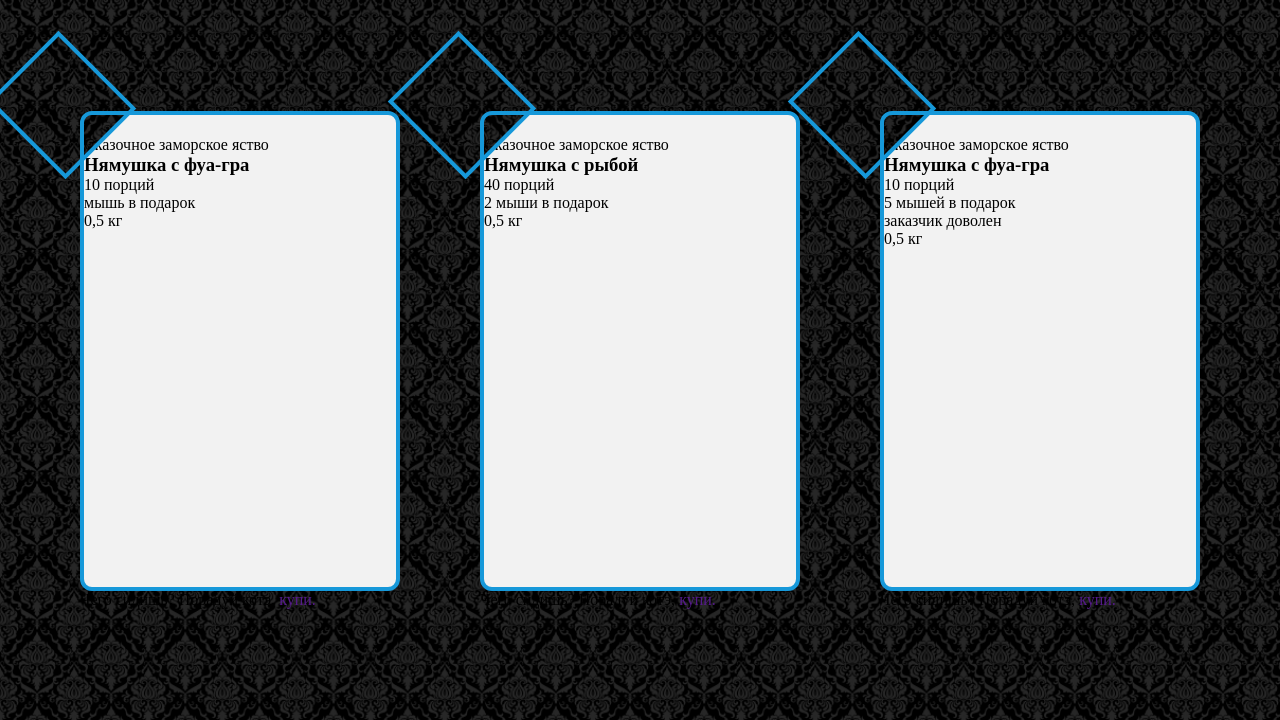
Repository: acbukka/tech-qt
Page: index.html
An editor plug-in stored every save of this project. The page is shown before and after the next save, followed by the edit.
The browser window is 1280 px wide. The pictures show the whole page.

Above is the page before, as saved 2022-06-17 16:52:33.

After the next save:
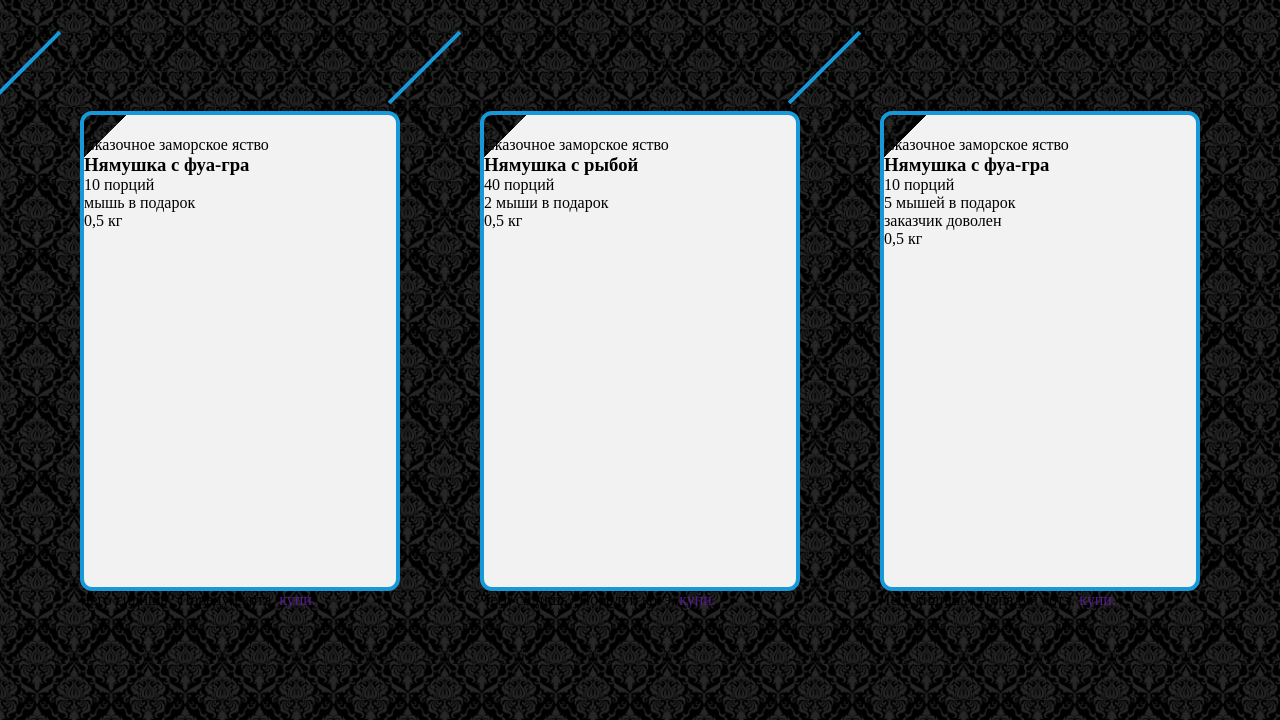
Saved 4 s later.
--- a/src/style.css
+++ b/src/style.css
@@ -106,7 +106,7 @@
   right: 85.8%;
   top: -12.77%;
   bottom: 88.32%;
-  border: 4px solid #1698D9;
+  border-left: 4px solid #1698D9;
   transform:  rotate(45deg);
 }
 /* .card-item::before {
